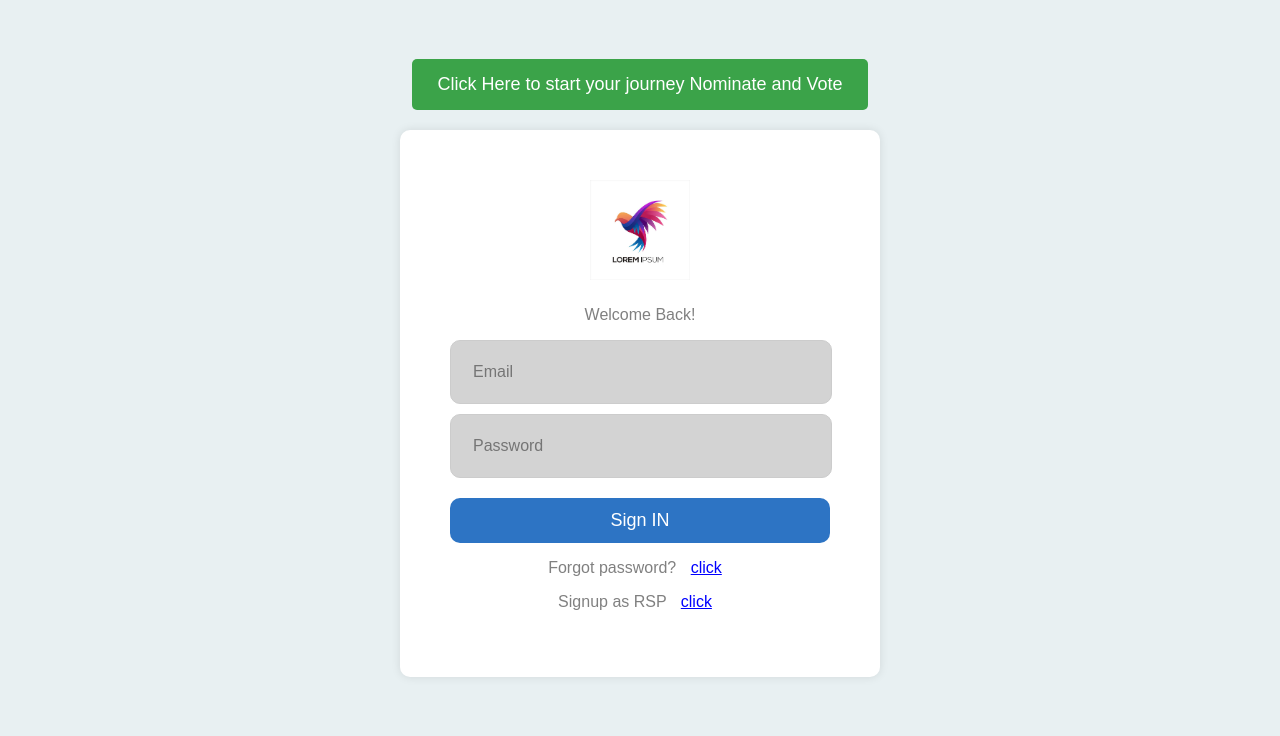
Repository: Femi007-gh/welcome
Page: index.html
These files come from the project's save history. The page is drawn as it stood at one moment and after a run of saves; the edit follows.
The browser window is 1280 px wide. The pictures show the whole page.

Above is the page before, as saved 2025-03-10 20:06:21.

### index.html
<html>
<head>
    <title>Login Page</title>
    <link rel="stylesheet" href="style.css">
</head>
<body>
    <button class="green-button">Click Here to start your journey Nominate and Vote</button>
    <div class="container">
        <img src="Logo.jpg" alt="Nigerian Shippers Council Logo">
        <p>Welcome Back!</p>
        <form action="your-server-endpoint" method="post">
            <div class="input-container">
                <input type="email" placeholder="Email" class="lit">
            </div>
            <div class="password-container">
                <input type="password" placeholder="Password" class="fit">
            </div>
            <button type="submit" class="sign-in-button">Sign IN</button>
        </form>
        <div class="links">
            <p class="under">Forgot password? <a href="#" class="underline">click</a> </p>
            <p class="under">Signup as RSP  <a href="#" class="underline">click</a></p>
        </div>
    </div>
</body>
</html>

### style.css
body {
  font-family: Arial, sans-serif;
  background-color: #e8f0f2;
  display: flex;
  justify-content: center;
  align-items: center;
  height: 100vh;
  flex-direction: column;
}
.green-button {
  background-color: #3ba349;
  color: white;
  padding: 15px 25px;
  border: none;
  border-radius: 5px;
  cursor: pointer;
  margin-bottom: 20px;
  font-size: 18px;
}
.container {
  background-color: white;
  padding: 50px;
  border-radius: 10px;
  box-shadow: 0 0 10px rgba(0, 0, 0, 0.1);
  text-align: center;
  width: 380px;
}
.container img {
  width: 100px;
  margin-bottom: 10px;
}
p {
  color: gray;
}
.input-container, .password-container {
  display: flex;
  align-items: center;
  background: #d3d3d3;
  border: 1px solid #ccc;
  border-radius: 10px;
  padding: 10px;
  width: calc(100% - 20px);
  margin: 10px 0;
}
.input-container input, .password-container input {
  border: none;
  outline: none;
  flex: 1;
  background: transparent;
  padding: 12px;
  font-size: 16px;
}
.password-container i {
  cursor: pointer;
  font-size: 18px;
  margin-left: 10px;
}
.sign-in-button {
  background-color: #2d74c4;
  color: white;
  padding: 12px;
  border: none;
  border-radius: 10px;
  cursor: pointer;
  width: 100%;
  font-size: 18px;
  margin-top: 10px;
}
.links {
  margin-top: 10px;
  font-size: 16px;
}
.links a {
  color: gray;
  text-decoration: none;
  margin: 0 10px;
}
.links a.underline {
  color: blue;
  text-decoration: underline;
}

After the next 2 saves:
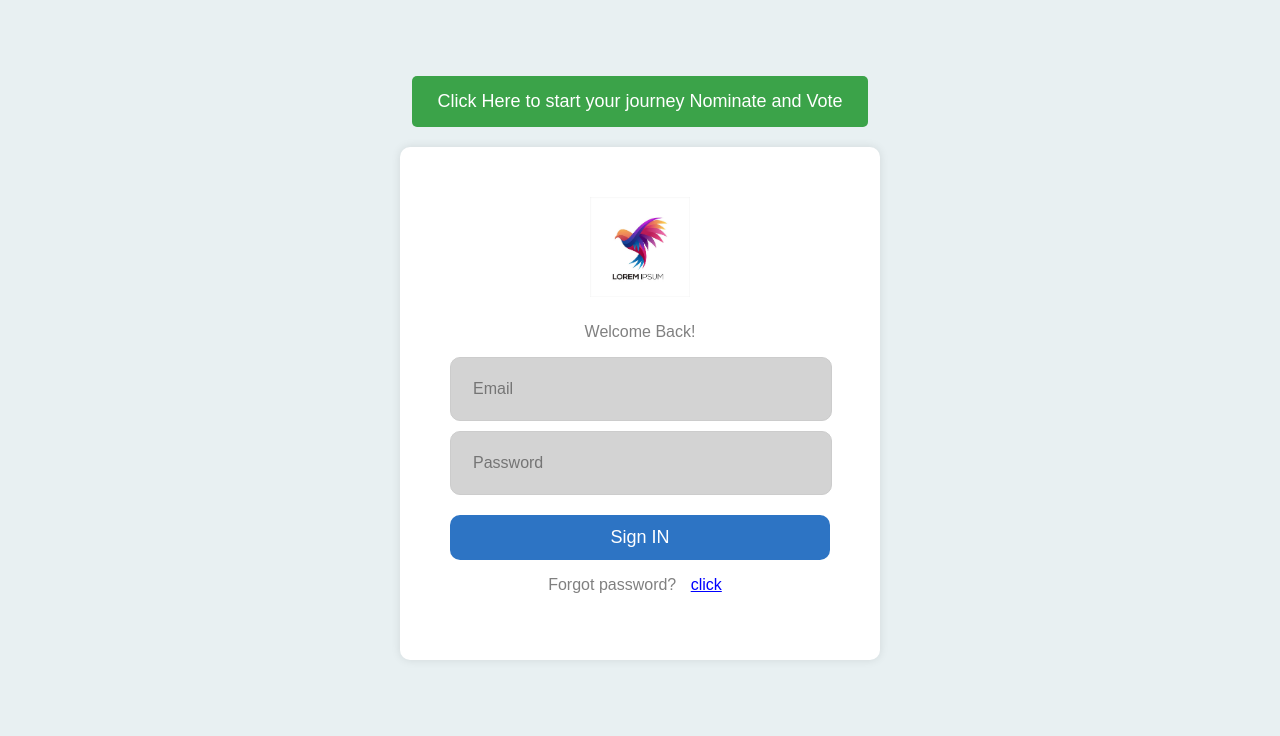
The 2 saves are shown as one change because they came seconds apart.
The last was saved 108 min 33 s later.
--- a/index.html
+++ b/index.html
@@ -19,7 +19,6 @@
         </form>
         <div class="links">
             <p class="under">Forgot password? <a href="#" class="underline">click</a> </p>
-            <p class="under">Signup as RSP  <a href="#" class="underline">click</a></p>
         </div>
     </div>
 </body>

After the 2 saves that followed:
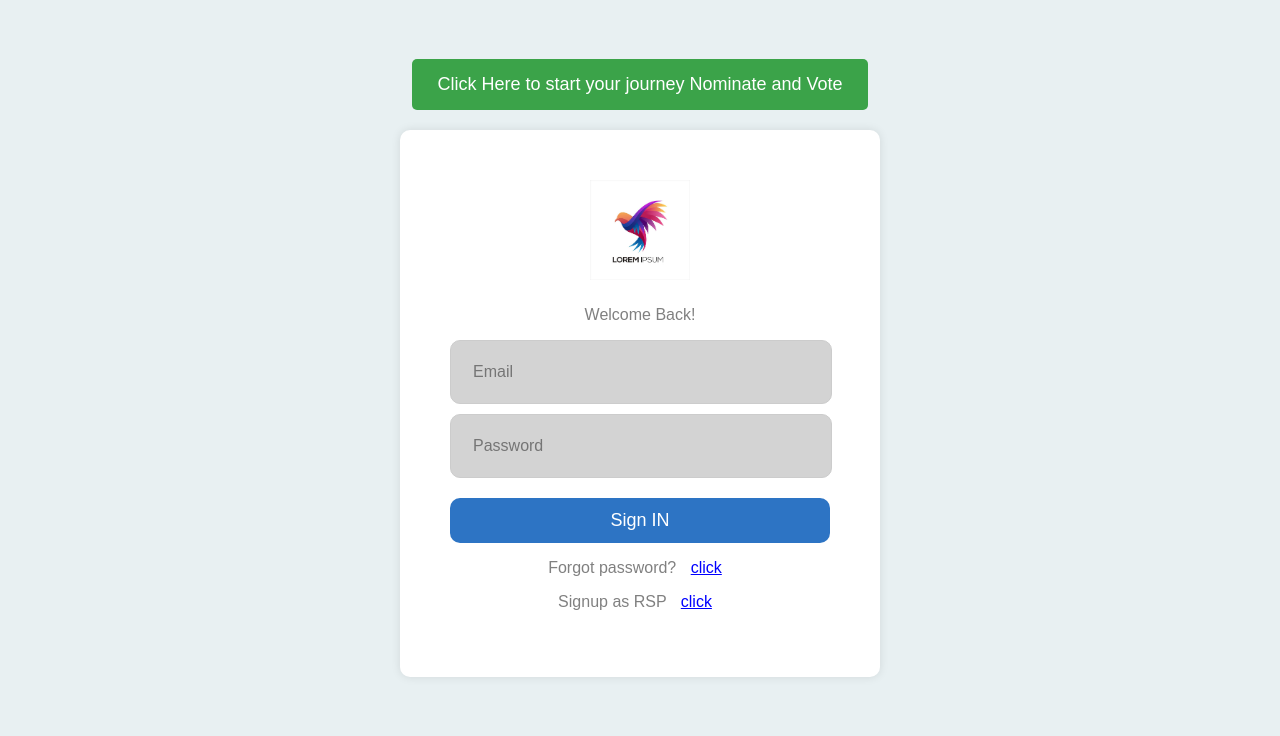
The 2 saves are shown as one change because they came seconds apart.
The last was saved 14 s later.
--- a/index.html
+++ b/index.html
@@ -18,7 +18,7 @@
             <button type="submit" class="sign-in-button">Sign IN</button>
         </form>
         <div class="links">
-            <p class="under">Forgot password? <a href="#" class="underline">click</a> </p>
+            <p class="under">Forgot password? <a href="#" class="underline">click</a><p class="under">Signup as RSP  <a href="#" class="underline">click</a></p></p>
         </div>
     </div>
 </body>
